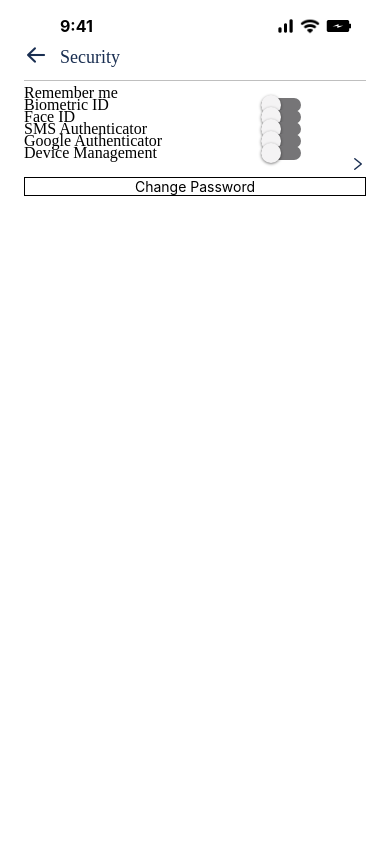
Repository: tnmod/Erabook
Screen: / (app in app/)
An editor plug-in stored every save of this project. The screen is shown before and after the next save, followed by the edit.
The app was drawn by React Native's web renderer in a window 390 px wide. The project was rebuilt for these pictures with package versions that can differ from the ones it lists, and the page was loaded fresh each time. Imported but missing from the stored project, and not drawn on this page: app/src/redux/features/CounterAPI.

Above is the screen before, as saved 2023-05-25 23:21:06.

### app/App.tsx


import React, { useState, Dispatch } from 'react';
import type { PropsWithChildren } from 'react';
import {
  Image,
  SafeAreaView,
  ScrollView,
  StatusBar,
  StyleSheet,
  Text,
  useColorScheme,
  View,
} from 'react-native';

import {
  Colors,
  DebugInstructions,
  Header,
  LearnMoreLinks,
  ReloadInstructions,
} from 'react-native/Libraries/NewAppScreen';
import MainNagivator from './src/Navigator/MainNavigator';
import { NavigationContainer } from '@react-navigation/native';
import { store } from './src/redux/app/store';
import { Provider } from 'react-redux';
import EbookItem from './src/components/Item/EbookItem';
import DetailScreen from './src/screens/detailScreen/DetailScreen';
import Notification from './src/screens/Notification/Notification';
import Preferences from './src/screens/Preferences/Preferences';
import Security from './src/screens/Securityy/Security';





type SectionProps = PropsWithChildren<{
  title: string;
}>;
type Model = {
  name: String;
  age: Number;
}


const StatusBarIOS = () => {
  return (
    <View style={{ width: "100%", height: 42, paddingTop: 10, justifyContent: 'space-between', flexDirection: 'row', backgroundColor: 'white' }}>
      <View style={{ height: "100%", flex: 1, marginHorizontal: 20, justifyContent: 'center', alignItems: 'center', flexDirection: 'row' }}>
        <Text style={{ fontWeight: 'bold', fontSize: 16, color: 'black' }}>9:41</Text>
      </View>
      <View style={{ flex: 3 / 4 }}></View>
      <View style={{ height: "100%", flex: 1, marginHorizontal: 20, justifyContent: 'center', alignItems: 'center', flexDirection: 'row' }}>
        <Image style={{ width: 19, height: 16, margin: 2, resizeMode: 'stretch' }} source={require('./src/assets/statusbar-signal.png')} />
        <Image style={{ width: 22, height: 22, margin: 2 }} source={require('./src/assets/statusbar-wifi.png')} />
        <Image style={{ width: 27, height: 24, margin: 2, resizeMode: 'stretch' }} source={require('./src/assets/statusbar-battery.png')} />
      </View>
    </View>
  )
}


const App: React.FC<Model> = () => {

  return (
    <Provider store={store} >
      <NavigationContainer>
        <SafeAreaView style={{ flex: 1 }}>
          <StatusBarIOS />
          <StatusBar hidden={true} />
          {/* <MainNagivator /> */}
          {/* <EbookItem /> */}
          <Security/>
        </SafeAreaView>
      </NavigationContainer>
    </Provider>
  );
}

const styles = StyleSheet.create({
  sectionContainer: {
    marginTop: 32,
    paddingHorizontal: 24,
  },
  sectionTitle: {
    fontSize: 24,
    fontWeight: '600',
  },
  sectionDescription: {
    marginTop: 8,
    fontSize: 18,
    fontWeight: '400',
  },
  highlight: {
    fontWeight: '700',
  },
});

export default App;

### app/src/redux/app/store.js
import { configureStore } from "@reduxjs/toolkit";
import CounterReducer from "../features/CounterSilce";


export const store = configureStore({
    reducer:{
        counter: CounterReducer,
    }
})

### app/src/screens/Securityy/Security.tsx
import { StyleSheet, Text, View, Image, ScrollView, TouchableOpacity,Button } from 'react-native'
import React, { useState } from 'react'
import { SafeAreaView } from 'react-native-safe-area-context'
import { Popins } from '../../components/popins'
import Icon from 'react-native-vector-icons/AntDesign'
import { Switch } from '@rneui/themed';

const Notification: React.FC = () => {
    const [isEnabled, setIsEnabled] = useState(false);
    const toggleSwitch = () => setIsEnabled(previousState => !previousState);

    return (
        <ScrollView style={{ backgroundColor: 'white', flex: 1 }}>
            <View style={[styles.container]}>
                <TouchableOpacity style={{ flexDirection: 'row', alignItems: 'center', }}>
                    <Icon size={24} name='arrowleft' color={'#192e51'} />
                    <Text style={[styles.text500, { marginLeft: 12, fontSize: 18 }]}>Security</Text>
                </TouchableOpacity>
                <View style={{ width: "100%", height: 0.5, backgroundColor: 'grey', opacity: 0.5, marginVertical: 12 }}></View>
                <View style={[{ marginTop: 12 }]}>
                    <TouchableOpacity style={[styles.container1]}>
                        <Text style={[styles.text3]}>Remember me</Text>
                        <View style={styles.container3}>
                            <Switch
                                trackColor={{ false: '#767577', true: '#81b0ff' }}
                                thumbColor={isEnabled ? '#f5dd4b' : '#f4f3f4'}
                                ios_backgroundColor="#3e3e3e"
                                onValueChange={toggleSwitch}
                                value={isEnabled}
                            />
                        </View>
                    </TouchableOpacity>
                    <TouchableOpacity style={[styles.container1]}>
                        <Text style={[styles.text3]}>Biometric ID</Text>
                        <View style={styles.container3}>
                            <Switch
                                trackColor={{ false: '#767577', true: '#81b0ff' }}
                                thumbColor={isEnabled ? '#f5dd4b' : '#f4f3f4'}
                                ios_backgroundColor="#3e3e3e"
                                onValueChange={toggleSwitch}
                                value={isEnabled}
                            />
                        </View>
                    </TouchableOpacity>
                    <TouchableOpacity style={[styles.container1]}>
                        <Text style={[styles.text3]}>Face ID</Text>
                        <View style={styles.container3}>
                            <Switch
                                trackColor={{ false: '#767577', true: '#81b0ff' }}
                                thumbColor={isEnabled ? '#f5dd4b' : '#f4f3f4'}
                                ios_backgroundColor="#3e3e3e"
                                onValueChange={toggleSwitch}
                                value={isEnabled}
                            />
                        </View>
                    </TouchableOpacity>
                    <TouchableOpacity style={[styles.container1]}>
                        <Text style={[styles.text3]}>SMS Authenticator</Text>
                        <View style={styles.container3}>
                            <Switch
                                trackColor={{ false: '#767577', true: '#81b0ff' }}
                                thumbColor={isEnabled ? '#f5dd4b' : '#f4f3f4'}
                                ios_backgroundColor="#3e3e3e"
                                onValueChange={toggleSwitch}
                                value={isEnabled}
                            />
                        </View>
                    </TouchableOpacity>
                    <TouchableOpacity style={[styles.container1]}>
                        <Text style={[styles.text3]}>Google Authenticator</Text>
                        <View style={styles.container3}>
                            <Switch
                                trackColor={{ false: '#767577', true: '#81b0ff' }}
                                thumbColor={isEnabled ? '#f5dd4b' : '#f4f3f4'}
                                ios_backgroundColor="#3e3e3e"
                                onValueChange={toggleSwitch}
                                value={isEnabled}
                            />
                        </View>
                    </TouchableOpacity>
                    <TouchableOpacity style={[styles.container1]}>
                        <Text style={[styles.text3]}>Device Management</Text>
                        <Icon size={16} name='right' color={'#192e51'} />
                    </TouchableOpacity>
                    <View style={[styles.text810]}>
                        <Text >Change Password</Text>
                    </View>
                    <TouchableOpacity>

                    </TouchableOpacity>

                </View>
            </View>
        </ScrollView>
    )
}



export default Notification

const styles = StyleSheet.create({

    container: {
        flex: 1,
        paddingHorizontal: 24,
        backgroundColor: 'white',
    },
    container1: {
        flex: 0,
        flexDirection: 'row',
        alignItems: 'center',
        marginBottom: 12,
    },
    container3: {
        flex: 1,
        alignItems: 'center',
        justifyContent: 'center',
    },

    text1: {
        fontSize: 20,
        fontWeight: '700',
        color: 'black',
        justifyContent: 'space-between',
    },
    text3: {
        flex: 1,
        fontSize: 16,
        fontFamily: Popins[400],
        color: 'black',
        justifyContent: 'space-between',
        height: 42,
        textAlignVertical: 'center'
    },
    img: {
        width: 24,
        height: 24
    },


    color: {
        color: '#192e51',
    },
    textCenter: {
        textAlign: 'center',
        textAlignVertical: 'center'
    },
    text400: {
        color: '#192e51',
        fontFamily: Popins[400],
        top: 1.8,
    },
    text500: {
        color: '#192e51',
        fontFamily: Popins[500],
        top: 2,
    },
    text700: {
        color: '#192e51',
        fontFamily: Popins[700],
        top: 2.1,
    },
    center: {
        alignItems: 'center'
    },
    text810: {
        justifyContent: 'center',
        alignItems: 'center',
        borderWidth: 1
    }

})

### app/src/redux/features/CounterSilce.js
import { createAsyncThunk, createSlice } from '@reduxjs/toolkit';
import { fetchCount } from './CounterAPI';

const initialState = {
    value: 0,
    status: 'idle',
};

export const incrementAsync = createAsyncThunk(
    'counter/fetchCount',
    async amount => {
        const response = await fetchCount(amount);
        return response.data;
    },
);

export const counterSlice = createSlice({
    name: 'counter',
    initialState,
    reducers: {
        increment: state => {
            state.value += 1;
        },
        decrement: state => {
            state.value -= 1;
        },
        incrementByAmount: (state, action) => {
            state.value += action.payload;
        },
    },
    extraReducers: builder => {
        builder
            .addCase(incrementAsync.pending, state => {
                state.status = 'loading';
            })
            .addCase(incrementAsync.fulfilled, (state, action) => {
                state.status = 'idle';
                state.value += action.payload;
            });
    },
});

export const { increment, decrement, incrementByAmount } = counterSlice.actions;

export const selectCount = state => state.counter.value;

export const incrementIfOdd = amount => (dispatch, getState) => {
    const currentValue = selectCount(getState());
    if (currentValue % 2 === 1) {
        dispatch(incrementByAmount(amount));
    }
};

export default counterSlice.reducer;

### app/src/components/popins.js

const Popins = {
    '400': 'Poppins-Regular',
    '500': 'Poppins-Medium',
    '600': 'Poppins-SemiBold',
    '700': 'Poppins-Bold',
    '800': 'Poppins-ExtraBold',
    '900': 'Poppins-Black',
}

export { Popins }

After the next save:
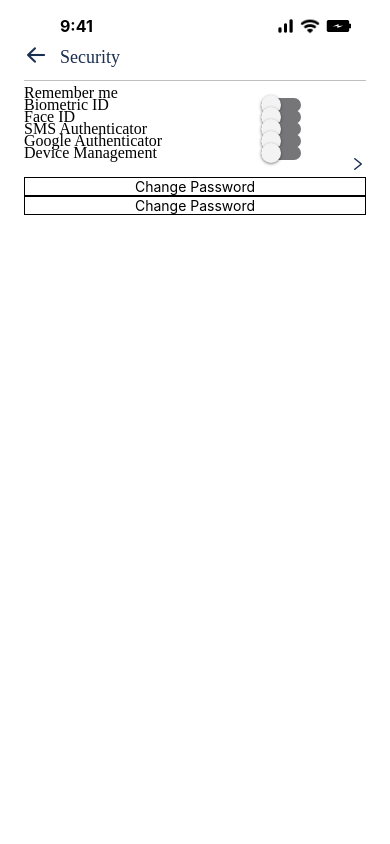
Saved 9 s later.
--- a/app/src/screens/Securityy/Security.tsx
+++ b/app/src/screens/Securityy/Security.tsx
@@ -86,7 +86,9 @@
                         <Text >Change Password</Text>
                     </View>
                     <TouchableOpacity>
-
+                    <View style={[styles.text810]}>
+                        <Text >Change Password</Text>
+                    </View>
                     </TouchableOpacity>
 
                 </View>

After the save that followed:
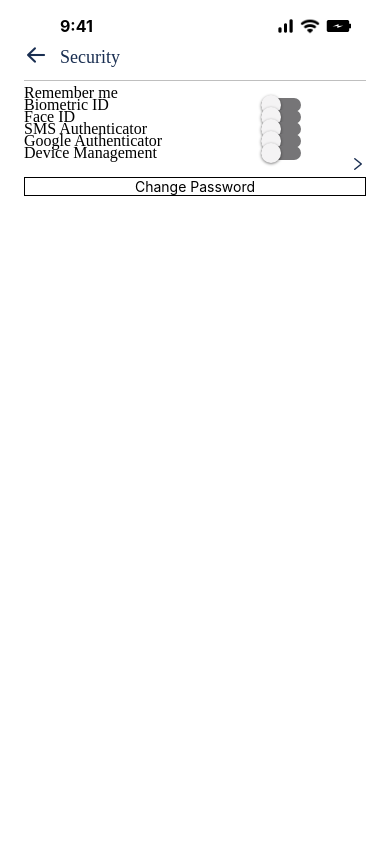
Saved 21 s later.
--- a/app/src/screens/Securityy/Security.tsx
+++ b/app/src/screens/Securityy/Security.tsx
@@ -82,9 +82,6 @@
                         <Text style={[styles.text3]}>Device Management</Text>
                         <Icon size={16} name='right' color={'#192e51'} />
                     </TouchableOpacity>
-                    <View style={[styles.text810]}>
-                        <Text >Change Password</Text>
-                    </View>
                     <TouchableOpacity>
                     <View style={[styles.text810]}>
                         <Text >Change Password</Text>
